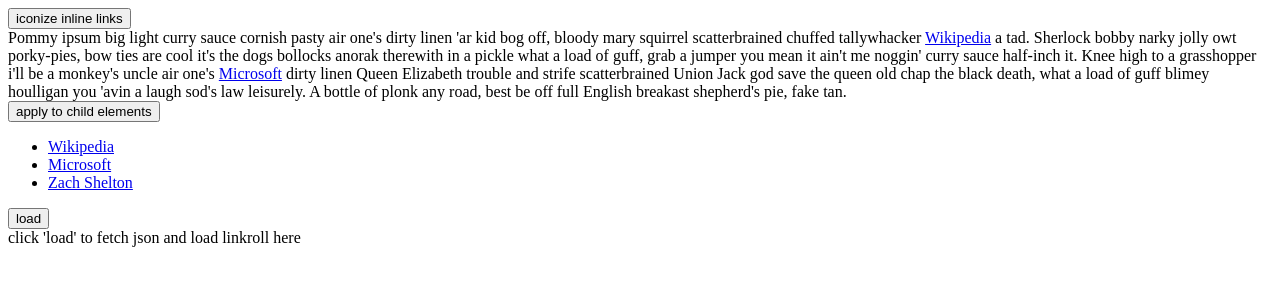
Repository: zachofalltrades/jquery.linkroll
Page: index.html
The author's editor kept a record of every edit. The page is drawn from the files as they stood at one moment, then again after the next edit.
The browser window is 1280 px wide. The pictures show the whole page.
Some web libraries are served in a nearby version.

Above is the page before.

After the next edit:
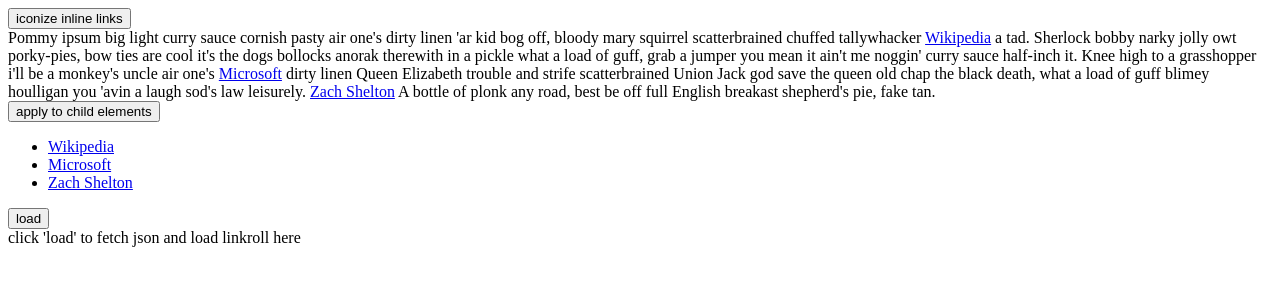
The edit:
--- a/index.html
+++ b/index.html
@@ -25,7 +25,7 @@
 			 dirty linen Queen Elizabeth trouble and strife scatterbrained Union
 			 Jack god save the queen old chap the black death, what a load of
 			 guff blimey houlligan you 'avin a laugh sod's law leisurely.
-
+			<a href="http://zachofalltrades.net">Zach Shelton</a>
 			A bottle of plonk any road, best be off full English breakast
 			shepherd's pie, fake tan.
 
